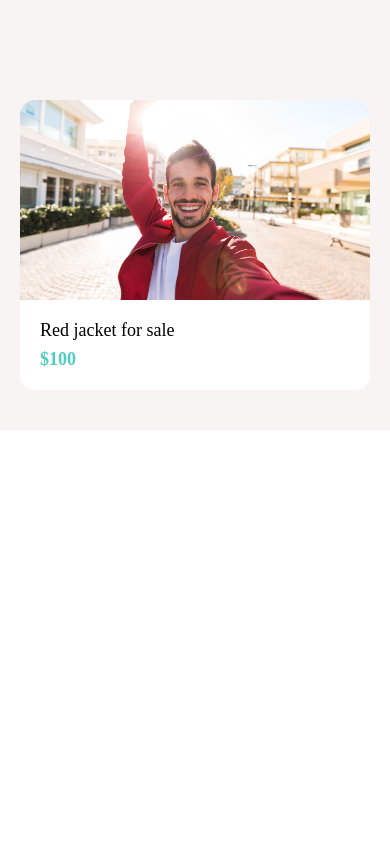
Repository: georgehgfonseca/F05-Trena-Native
Screen: /
These files come from the project's save history. The screen is drawn as it stood at one moment and after the next save; the edit follows.
The app was drawn by React Native's web renderer in a window 390 px wide. The project was rebuilt for these pictures with package versions that can differ from the ones it lists, and the page was loaded fresh each time.

Above is the screen before, as saved 2022-10-13 15:41:51.

After the next save:
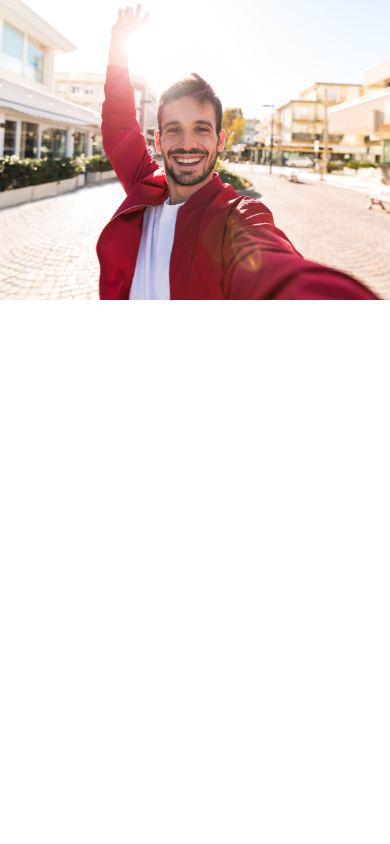
Saved 31 s later.
--- a/App.tsx
+++ b/App.tsx
@@ -1,19 +1,19 @@
 import { View } from "react-native";
 import Card from "./app/components/Card";
+import { ListingDetailsScreen } from "./app/screens/ListingDetailsScreen";
 import WelcomeScreen from "./app/screens/WelcomeScreen";
 
 export default function App() {
-  return (
-    <View style={{ backgroundColor: "#f8f4f4", padding: 20, paddingTop: 100 }}>
-      <Card
-        title="Red jacket for sale"
-        subTitle="$100"
-        image={require("./app/assets/jacket.jpg")}
-      ></Card>
-    </View>
-  );
+  return <ListingDetailsScreen></ListingDetailsScreen>;
 }
 
+// <View style={{ backgroundColor: "#f8f4f4", padding: 20, paddingTop: 100 }}>
+//   <Card
+//     title="Red jacket for sale"
+//     subTitle="$100"
+//     image={require("./app/assets/jacket.jpg")}
+//   ></Card>
+// </View>
 // import {
 //   StyleSheet,
 //   Text,
